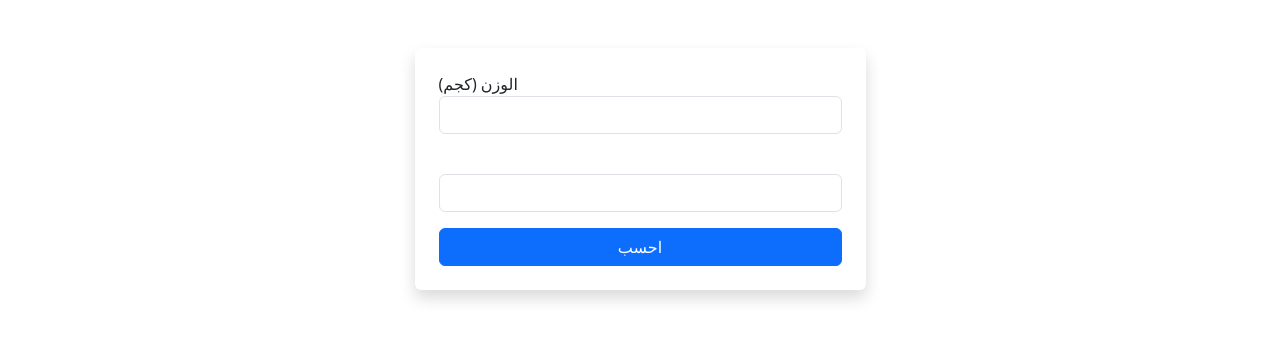
Repository: RAMADAN975/react-bmi-calculator
Page: /
An editor plug-in stored every save of this project. The page is shown before and after the next save, followed by the edit.
The browser window is 1280 px wide. The pictures show the whole page.
The project was rebuilt for these pictures with package versions that can differ from the ones it lists, and the page was loaded fresh each time. Also part of the build but not shown: vite.config.js, src/App.css.

Above is the page before, as saved 2026-03-25 19:20:39.

After the next save:
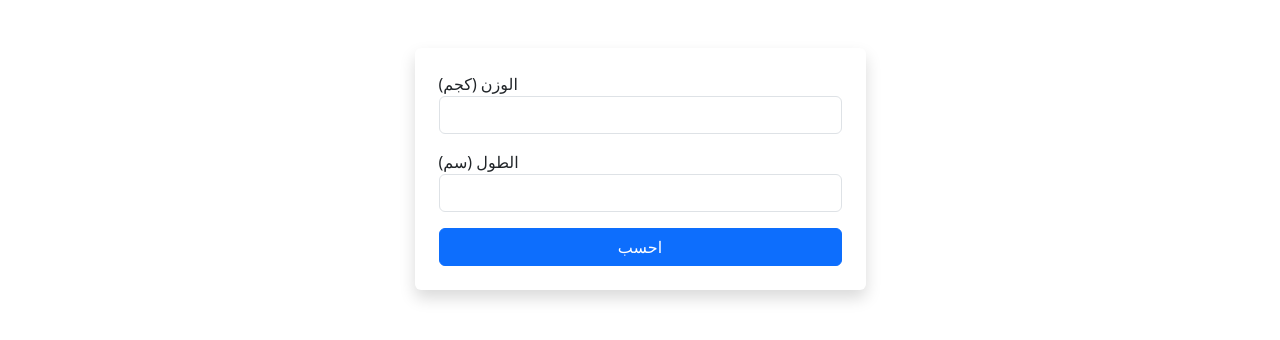
Saved 31 s later.
--- a/src/App.jsx
+++ b/src/App.jsx
@@ -38,7 +38,7 @@
                 />
               </div>
               <div className="mb-3">
-                <label className='form-lable'></label>
+                <label className='form-lable'>الطول (سم)</label>
                 <input
                   type="number"
                   className='form-control'
